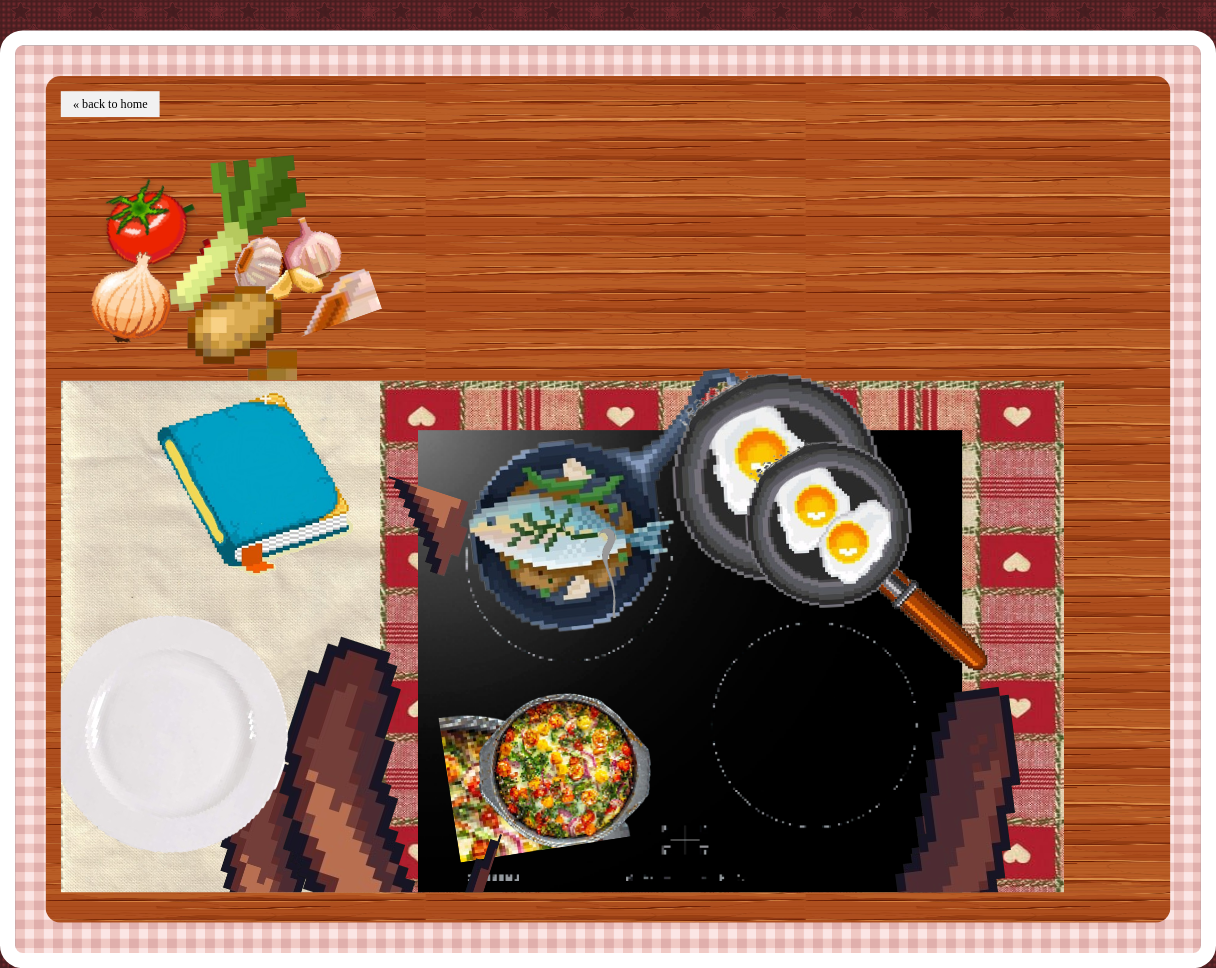
Repository: AJamdonuts/ToddyTalks
Page: playingaround2/pages/chefsujin.html
These files come from the project's save history. The page is drawn as it stood at one moment and after the next save; the edit follows.
The browser window is 1280 px wide. The page is 1600 px wide, so the pictures cover 1600 px, including what lies to the right of the window. The pictures show the whole page, at 76% of full size.

Above is the page before, as saved 2025-11-28 22:02:12.

### playingaround2/pages/chefsujin.html
<!DOCTYPE html>
<html>
<head>
    <meta charset="UTF-8">
    <meta name="viewport" content="width=device-width, initial-scale=1">
    <link href="/playingaround2/styles/chefsujin.css" rel="stylesheet">
    <script src="/playingaround2/javascript/chefsujin.js" defer></script>
    <title>Chef Sujin</title>
    <link rel="icon" type="image/x-icon" href="/playingaround2/images/favicon.ico">

</head>
<body>
    <div class="page-background">
        <div class="site-wrapper">
            <header>
                <a href="/playingaround2/pages/home.html" class="previous">&laquo; back to home</a>
            </header>

            <div class="section-divider">

            </div>
            <main>
                <div class="canvas">
                        <div class="canvas-content">
                            <img src="/playingaround2/images/b41e50d46e26e9463ce130b2da7a46aa.jpg" class="creamtexture">
                            <img src="/playingaround2/images/check table cloth.jpg" class="checktablecloth">
                            <img src="/playingaround2/images/pxArt-2.png" class="hob">
                            <a href="recipe_book.html" class="recipebook-link">
                                <img src="/playingaround2/images/pixil-frame-0-removebg-preview 1.png" class="recipebook">
                            </a>
                            <div class="fishpan">
                                <img src="/playingaround2/images/fishpan.png" alt="">
                            </div>
                            <div class="eggpan">
                                <img src="/playingaround2/images/pixil-frame-0-removebg-preview.png" alt="">
                            </div>

                            <a href="brocolliyum.html" class="leek-link">
                                <img src="/playingaround2/images/leek-removebg-preview.png" class="leek">
                            </a>
                            <img src="/playingaround2/images/garlic-removebg-preview.png" class="garlic">
                            <img src="/playingaround2/images/d95fa1e62c663504736614e026fc4862-removebg-preview.png" class="potato">
                            <img src="/playingaround2/images/pixil-frame-0-removebg-preview.png" class="eggpan" >
                            <img src="/playingaround2/images/pxArt-2-removebg-preview.png" class="vegpan">
                            <a href="plateup.html" class="plate-link">
                                <img src="/playingaround2/images/pxArt-removebg-preview.png" class="plate">
                            </a>
                            <img src="/playingaround2/images/tomato-removebg-preview.png" class="tomato">
                            <img src="/playingaround2/images/onion-removebg-preview.png" class="onion">
                            <img src="/playingaround2/images/IMG_0236_2-removebg-preview.png" class="beararm1" >
                            <img src="/playingaround2/images/IMG_0236-removebg-preview.png" class="beararm2" >
                        </div>

            </main>

            <footer>
                <div class="footer-content">
                </div>
            </footer>

        </div> <!-- .site-wrapper -->
    </div> <!-- .page-background -->



</body>
</html>

### playingaround2/styles/chefsujin.css

html, body {
    background-image: url('/playingaround2/images/backgrounds/stars.png');
    background-repeat: repeat; /* repeat the image */
    background-size: 100px 100px; /* set width and height for each tile */
    background-position: top left; /* start tiling from top-left */
    background-attachment: scroll; /* moves with page */
    background-color: #ffffff; /* fallback color */
    width: 100%;
    height: 100%;
    margin: 0;
    padding: 0;
}

.page-background {                  /* smaller than body */
    margin: 40px auto;
    width: fit-content;         /* centered on page */

    background: url('/playingaround2/images/backgrounds/gingham06.png');
    background-size: 25px 25px;

    padding: 40px;                /* IMPORTANT – creates space inside border */
    border: 20px solid #ffffff;   /* your thick frame */
    border-radius: 30px;
}


.site-wrapper {
    max-width: 1440px;
    margin: 0 auto;
    border-radius: 20px;
    padding: 20px;
    background: url('/playingaround2/images/kitchencounter.jpg');
    background-repeat: repeat;       /* ← makes it tile */
    background-size: 500px 100px;    /* ← original size for each tile */
}


main {
    flex-grow: 1;
    position: relative;
    text-align: center;
    margin: 20px auto;              /* space around the box */
    width: 100%;
}


.canvas {

    position: relative;          /* instead of absolute */
    width: 1440px;
    height: 1000px;
    margin: 0 auto;              /* centers the canvas */
    overflow: hidden;
    transform: none !important;  /* stop the translate(-50%, -50%) */
}

.canvas-content {
    position: absolute; /* keep this, it's correct */
    left: 0;
    top: 0;
}



.tomato {
    position: absolute;
    width: 133.75px;
    height: 133.75px;
    left: 45.02px;
    top: 55.06px;
    background: url(tomato-removebg-preview.png);
    filter: drop-shadow(0px 4px 4px rgba(0, 0, 0, 0.25));
    border-radius: 4px;
    transform: rotate(-24.58deg);
}

.potato {
    position: absolute;
    width: 165px;
    height: 165px;
    left: 146px;
    top: 161px;
    background: url(d95fa1e62c663504736614e026fc4862-removebg-preview.png);
}


.leek-link {
    position: absolute;
    left: 90px;
    top: 2%;
    cursor: pointer;
    z-index: 100;
    display: inline-block;
    background: transparent !important;
}

.leek-link:hover .leek {
    transform: scale(1.03);
    filter: drop-shadow(0 0 10px rgba(255, 255, 0, 0.9))
            drop-shadow(0 0 20px rgba(255, 255, 0, 0.6));
}


.leek-link::after {
    content: "Cook Food?"; /* The text that appears on hover */
    position: absolute;
    bottom: 50%; /* Places it just above the link */
    left: 50%;
    transform: translateX(-50%) translateY(-0px); /* Center it and add slight offset */
    background-color: rgba(0, 0, 0, 0.7); /* Dark background for readability */
    color: white;
    border-radius: 5px;
    white-space: nowrap; /* Keep text on one line */

    opacity: 0; /* Hidden by default */
    visibility: hidden; /* Hidden by default */
    transition: opacity 0.3s ease-out, transform 0.3s ease-out, visibility 0.3s;

    /* Ensure text is above everything else */
    z-index: 200;
}

.leek-link:hover::after {
    opacity: 1; /* Make visible on hover */
    visibility: visible; /* Make visible on hover */
    transform: translateX(-50%) translateY(0); /* Move into final position */
}

.leek {
    width: 250px;   /* Set the exact width you want */
    height: auto;   /* maintain aspect ratio */
    pointer-events: none;
    transform: rotate(-5.62deg);
}




.garlic {
    position: absolute;
    width: 194.8px;
    height: 194.8px;
    left: 200.62px;
    top: 74.87px;
    background: url(garlic-removebg-preview.png);
    transform: rotate(-19.27deg);
}

.onion {
    position: absolute;
    width: 126.18px;
    height: 144.28px;
    left: 32px;
    top: 145.3px;
    background: url(onion-removebg-preview.png);
    transform: rotate(17.63deg);
    }



.recipebook-link {
    position: absolute;
    width: 300px;
    height: 300px;
    left: 90px;
    top: 302px;
    cursor: pointer;
    overflow: visible;
    z-index: 100;
    background: transparent !important;
}

.recipebook-link:hover .recipebook {
    transform: scale(1.03);
    filter: drop-shadow(0 0 10px rgba(255, 255, 0, 0.9))
            drop-shadow(0 0 20px rgba(255, 255, 0, 0.6));
}


.recipebook-link::after {
    content: "Open Recipe Book"; /* The text that appears on hover */
    position: absolute;
    bottom: 50%; /* Places it just above the link */
    left: 50%;
    transform: translateX(-50%) translateY(-0px); /* Center it and add slight offset */
    background-color: rgba(0, 0, 0, 0.7); /* Dark background for readability */
    color: white;
    border-radius: 5px;
    white-space: nowrap; /* Keep text on one line */

    opacity: 0; /* Hidden by default */
    visibility: hidden; /* Hidden by default */
    transition: opacity 0.3s ease-out, transform 0.3s ease-out, visibility 0.3s;

    /* Ensure text is above everything else */
    z-index: 200;
}

.recipebook-link:hover::after {
    opacity: 1; /* Make visible on hover */
    visibility: visible; /* Make visible on hover */
    transform: translateX(-50%) translateY(0); /* Move into final position */
}
.recipebook {
    width: auto;
    height: 100%;
    pointer-events: none; /* optional */
    object-fit: contain;
}


.plate-link {
    position: absolute;
    left: -40px;   /* horizontal */
    top: 616px;    /* vertical */
    cursor: pointer;
    z-index: 100;
    display: inline-block;
    background: transparent !important;
}

.plate {
    width: 334.76px; /* natural width */
    height: auto;    /* maintain aspect ratio */
    transform: rotate(19.64deg);
    pointer-events: none;
    display: block;
    transition: transform 0.3s ease-out, filter 0.3s ease-out;
}

.plate-link:hover .plate {
    transform: rotate(19.64deg) scale(1.03); /* scale while keeping rotation */
    filter: drop-shadow(0 0 10px rgba(255, 255, 0, 0.9))
            drop-shadow(0 0 20px rgba(255, 255, 0, 0.6));
}

.plate-link::after {
    content: "Plate up 😋"; /* tooltip */
    position: absolute;
    bottom: calc(100% - 2px); /* right above the plate */
    left: 50%;
    transform: translateX(-50%);
    background-color: rgba(0, 0, 0, 0.7);
    color: white;
    padding: 3px 6px;
    border-radius: 5px;
    white-space: nowrap;
    opacity: 0;
    visibility: hidden;
    transition: opacity 0.3s ease-out, transform 0.3s ease-out, visibility 0.3s;
    z-index: 200;
}

.plate-link:hover::after {
    opacity: 1;
    visibility: visible;
    transform: translateX(-50%) translateY(-5px);
}


.beararm1 {
    position: absolute;
    width: 448.49px;
    height: 883.17px;
    left: 132px;
    top: 450px;
    background: url(IMG_0236_2-removebg-preview.png);
    transform: matrix(0.95, 0.31, 0.31, -0.95, 0, 0);
}

.beararm2 {
    position: absolute;
    width: 348.8px;
    height: 764.5px;
    left: 1000px;
    top: 500px;
    background: url(IMG_0236-removebg-preview.png);
    transform: matrix(0.99, -0.13, -0.13, -0.99, 0, 0);
}

.fishpan {
    position: absolute;
    width: 546.95px;
    height: 546.95px;
    left: 460px;
    top: 280px;
    transform: rotate(-6.22deg);
}

.fishpan::after {
    content: "";
    position: absolute;
    top: 50%;
    left: 50%;
    width: 300px;
    height: 300px;
    background: url("/playingaround2/images/steam-unscreen.gif") center/contain no-repeat;
    transform: translate(-50%, -50%);
    pointer-events: none;
    z-index: 2000;
}


.eggpan {
    position: absolute;
    width: 396px;
    height: 396px;
    left: 860px;
    top: 362.44px;
    transform: rotate(177.33deg);
}

.eggpan::after {
    content: "";
    position: absolute;
    top: 50%;
    left: 50%;
    width: 250px;
    height: 250px;
    background: url("/playingaround2/images/steam-unscreen.gif") center/contain no-repeat;
    transform: translate(-50%, -50%);
    pointer-events: none;
    z-index: 2000;
}


.fishpan,
.eggpan {
    position: absolute;
    display: block;
}


.vegpan {
    position: absolute;
    width: 207px;
    height: 310px;
    left: 560px;
    top: 680px;
    background: url(pxArt-2-removebg-preview.png);
    transform: rotate(81.24deg);
}

.hob {
    position: absolute;
    width: 716px;
    height: 632px;
    left: 470px;
    top: 392px;
    background: url(pxArt-2.png);
}

.creamtexture {
    position: absolute;
    width: 476px;
    height: 696px;
    left: 0px;
    bottom:0px;
    top: 327px;
    background: url(b41e50d46e26e9463ce130b2da7a46aa.jpg);
}

.checktablecloth {
    position: absolute;
    width: 900px;
    height: 697px;
    bottom: 0px;
    top: 327px;
    left: 420px;
}

a {
  text-decoration: none;
  display: inline-block;
  padding: 8px 16px;
}

a:hover {
  background-color: #ddd;
  color: black;
}

.previous {
  background-color: #f1f1f1;
  color: black;
}

### playingaround2/javascript/chefsujin.js
function calculateScaleFactor() {
    const DESIGN_WIDTH = 400;
    const DESIGN_HEIGHT = 500;
    const MIN_SCALE =0.;

    const viewportWidth = window.innerWidth;
    const viewportHeight = window.innerHeight;

    const widthScale = viewportWidth / DESIGN_WIDTH;
    const heightScale = viewportHeight / DESIGN_HEIGHT;

    const scaleFactor = Math.min(widthScale, heightScale, 1); // never scale above 1
    const finalScale = Math.max(scaleFactor, MIN_SCALE);      // never scale below MIN_SCALE

    const canvas = document.querySelector('.canvas');
    if (canvas) {
        canvas.style.setProperty('--scale-factor', finalScale);
    }
}

window.addEventListener('resize', calculateScaleFactor);
document.addEventListener('DOMContentLoaded', calculateScaleFactor);

After the next save:
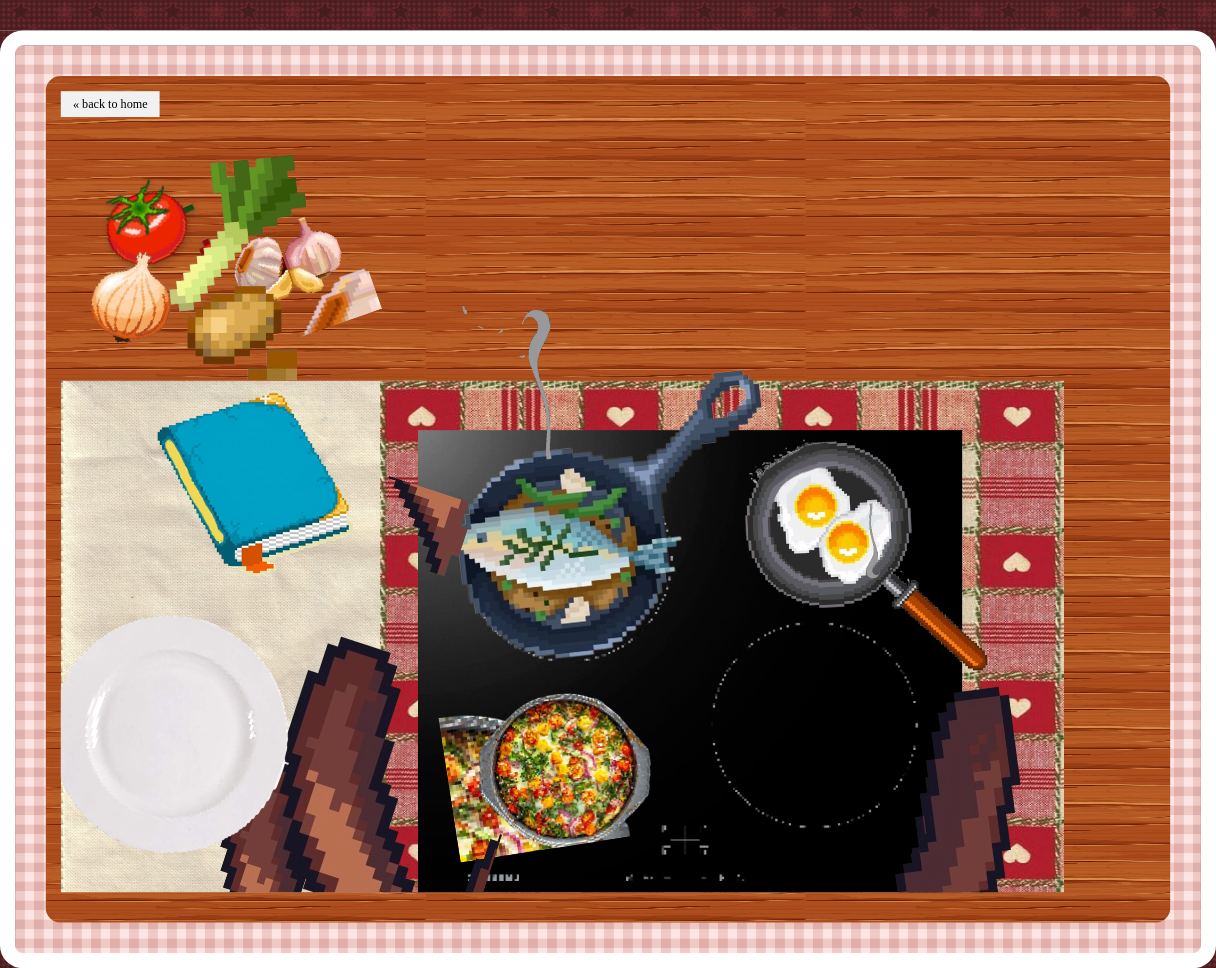
Saved 6 min 6 s later.
--- a/playingaround2/pages/chefsujin.html
+++ b/playingaround2/pages/chefsujin.html
@@ -40,7 +40,6 @@
                             </a>
                             <img src="/playingaround2/images/garlic-removebg-preview.png" class="garlic">
                             <img src="/playingaround2/images/d95fa1e62c663504736614e026fc4862-removebg-preview.png" class="potato">
-                            <img src="/playingaround2/images/pixil-frame-0-removebg-preview.png" class="eggpan" >
                             <img src="/playingaround2/images/pxArt-2-removebg-preview.png" class="vegpan">
                             <a href="plateup.html" class="plate-link">
                                 <img src="/playingaround2/images/pxArt-removebg-preview.png" class="plate">
--- a/playingaround2/styles/chefsujin.css
+++ b/playingaround2/styles/chefsujin.css
@@ -291,10 +291,10 @@ main {
 .fishpan::after {
     content: "";
     position: absolute;
-    top: 50%;
-    left: 50%;
-    width: 300px;
-    height: 300px;
+    top: 0%;
+    left: 40%;
+    width: 500px;
+    height: 500px;
     background: url("/playingaround2/images/steam-unscreen.gif") center/contain no-repeat;
     transform: translate(-50%, -50%);
     pointer-events: none;
@@ -331,6 +331,15 @@ main {
     display: block;
 }
 
+.fishpan img,
+.eggpan img {
+    width: 100%;
+    height: 100%;
+    display: block;
+    object-fit: contain; /* keep aspect ratio */
+}
+
+
 
 .vegpan {
     position: absolute;
